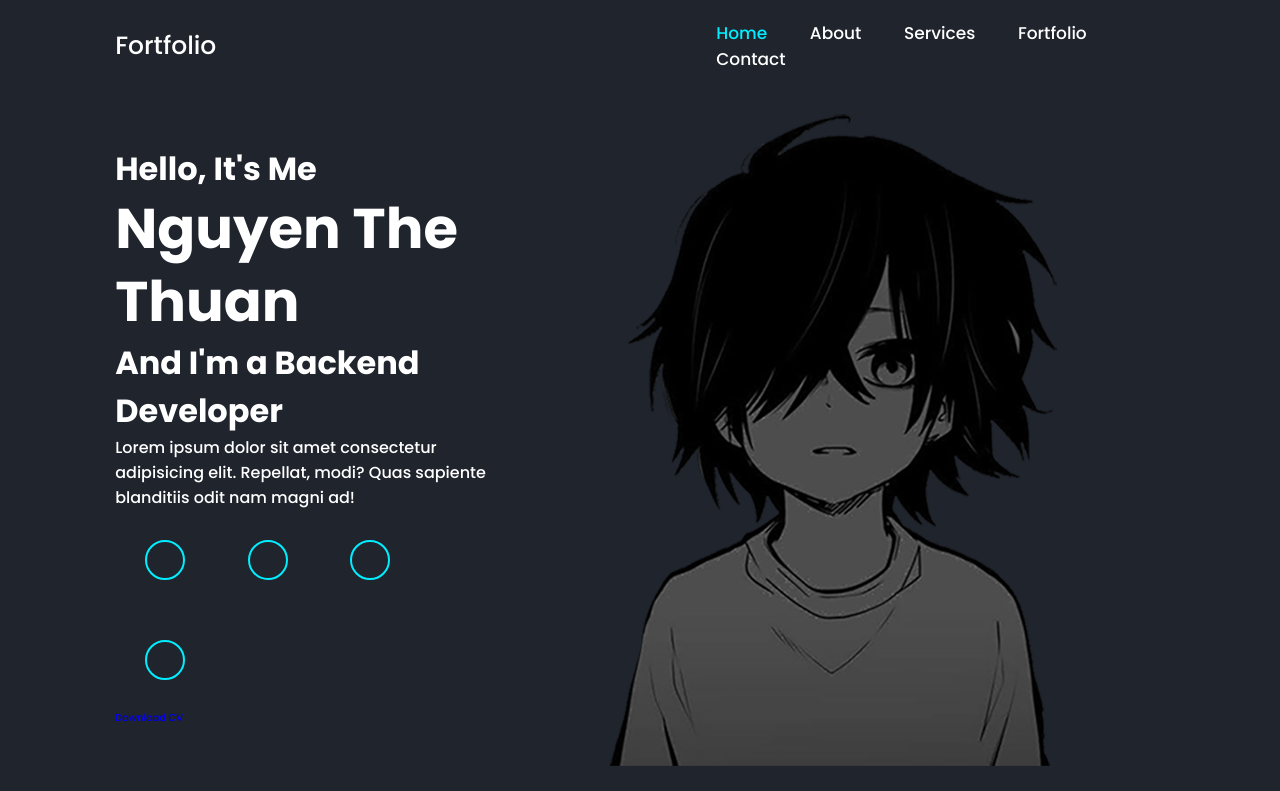
Repository: nguyenthethuan2004/portfolio
Page: index.html
The author's editor kept a copy of each file at every save. The page is drawn from the files as they stood at one save, then again after the next save.
The browser window is 1280 px wide. The pictures show the whole page.

Above is the page before, as saved 2023-09-29 23:21:21.

After the next save:
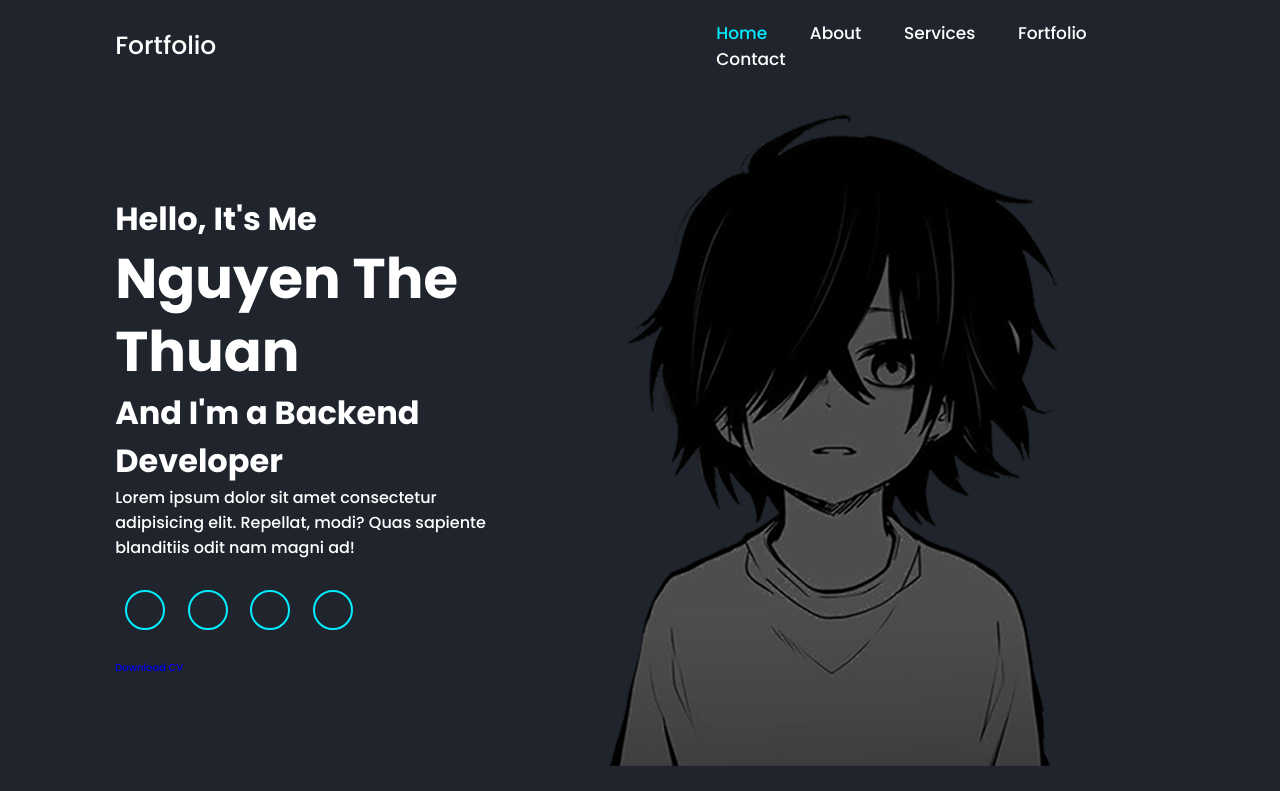
Saved 4 s later.
--- a/css/style.css
+++ b/css/style.css
@@ -106,5 +106,5 @@
     border-radius: 50%;
     font-size: 2rem;
     color: var(--main-color);
-    margin: 3rem;
+    margin: 3rem 1rem;
 }
